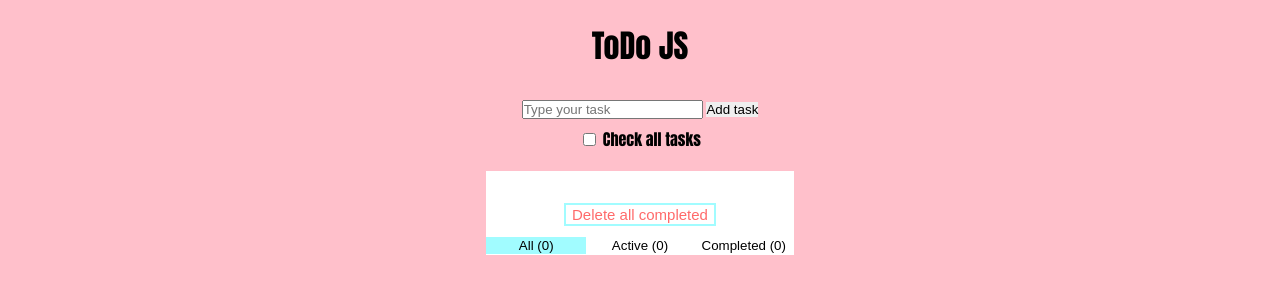
Repository: mklyagin/klyagin_todojs
Page: index.html
These files come from the project's save history. The page is drawn as it stood at one moment and after the next save; the edit follows.
The browser window is 1280 px wide. The pictures show the whole page.

Above is the page before, as saved 2024-02-28 09:10:52.

### index.html
<!DOCTYPE html>
<html lang="en">
  <head>
    <meta charset="UTF-8">
    <meta name="viewport" content="width=device-width, initial-scale=1.0">
    <title>ToDo JS</title>
    <link rel="stylesheet" href="./style.css">
  </head>
  <body>
    <h1>ToDo JS</h1>
    <div class="input-section">
      <input maxlength="15" id="enter-task-input" placeholder="Type your task">
      <button type="button" id="add-task-button">Add task</button>
    </div>
    <div class ='check-all-task'>
      <input type="checkbox" id="check-all-checkbox">
      <span>Check all tasks</span>
    </div>
    <div class="task-functions">
      <ul id="task-list"></ul>
      <button type="button" id="delete-all-completed-button">
        Delete all completed
      </button>
      <div id="tabulation">
        <button id="show-all" class="tab-button active">All (0)</button>
        <button id="show-active" class="tab-button">Active (0)</button>
        <button id="show-completed" class="tab-button" >Completed (0)</button>
      </div>
    </div>
    <div id="pagination"></div>
    <script src="./script.js"></script>
  </body>
</html>

### style.css

body {
  display: flex;
  flex-direction: column;
  margin: auto;
  align-items: center;
  justify-content: center;
  font-family: Impact, Haettenschweiler, 'Arial Narrow Regular', sans-serif;
  background-color: pink;
}

body > h1 {
  font-family: Impact, Haettenschweiler, 'Arial Narrow Bold', sans-serif;
}

button {
 border: none;
}

ul {
  padding: 0;
  width: 300px;
  display: flex;
  flex-direction: column;
  align-items: center;
}

li {
  text-decoration: none;
  list-style-type: none;
  background-color: #a1fcff;
  display: flex;
  flex-direction: row;
  align-items: center;
  justify-content: space-around;
  width: 250px;
  margin: 5px 0;
  border-radius: 5px;
  height: 40px;
}

#enter-task-input {
  padding: 0;
  margin: 0;
}

#add-task-button {
  padding: 0;
  margin: 0;
}

.delete-task {
  background-color: rgb(255, 88, 88);
}

.task-functions {
  margin: 20px 20px;
  display: flex;
  flex-direction: column;
  align-items: center;
  justify-content: space-between;
  background: #ffffff;
}

.task-functions > button {
  background-color: inherit;
}

#add-task-button {
  margin: 10px 0;

}

.tabulation {
  margin-top: 40px;
  background-color: inherit;
}

.tab-button {
  background-color: inherit;
  width: 100px;
}

#delete-all-completed-button {
  color: rgb(255, 106, 106);
  font-size: 15px;
  margin-bottom: 5px;
  border: 2px solid #a1fcff;
}

.hidden-element {
  display: none;
}

.active {
  background-color: #a1fcff;
}

.page-number {
  border: 1px solid black;
  border-radius: 100%;
}

### script.js
(() => {
  const buttonTaskAdd = document.querySelector('#add-task-button');
  const inputTask = document.querySelector('#enter-task-input');
  const ulTask = document.querySelector('#task-list');
  const checkAllCheckbox = document.querySelector('#check-all-checkbox');
  const deleteAllCompletedButton = document.querySelector('#delete-all-completed-button');
  const tabulationDiv = document.querySelector('#tabulation');
  const paginationDiv = document.querySelector('#pagination');

  const ENTER_KEY = 'Enter';
  const ESCAPE_KEY = 'Escape';
  const QUANTITY_OF_TASKS = 5;

  let taskList = [];
  let taskListPages = [[]];
  let filterType = 0;
  let currentPage = 0;

  const strValidation = (inputStr) => inputStr.replace(/[!@#$%^&*()'"`<>;:]/g, '');

  const checkAllTaskStates = () => {
    checkAllCheckbox.checked = taskList.length
      ? (taskList.every((task) => task.isDone))
      : false;
  };

  const listToPages = (currentList) => {
    taskListPages = [[]];
    let index = 0;
    currentList.forEach((task) => {
      if (taskListPages[index].length === QUANTITY_OF_TASKS) {
        taskListPages.push([]);
        index += 1;
      }
      taskListPages[index].push(task);
    });
  };

  const taskFilter = (currentList) => {
    switch (filterType) {
      case (0):
        return currentList;
      case (1):
        currentList = currentList.filter((task) => !task.isDone);
        return currentList;
      case (2):
        currentList = currentList.filter((task) => task.isDone);
        return currentList;
      default:
        return undefined;
    }
  };

  const taskValidation = () => {
    taskList.forEach((task) => {
      task.title = task.title.trim();
    });
    taskList = taskList.filter((task) => task.title.length);
  };
  const taskFilterCounter = () => {
    const counter = {
      total: taskList.length,
      active: (taskList.filter((task) => !task.isDone)).length,
      completed: (taskList.filter((task) => task.isDone)).length,
    };

    return counter;
  };

  const taskRender = (isAdding) => {
    let listOfTasks = '';
    let prePaginationList = '';
    let currentList = [];
    taskValidation();
    currentList = taskFilter(taskList);
    listToPages(currentList);
    if (isAdding) {
      currentPage = taskListPages.length - 1;
    }
    taskListPages[currentPage].forEach((task) => {
      listOfTasks
    += `<li id=${task.id}>
    <input type="checkbox" class="check-task" ${task.isDone ? 'checked' : ''}>
    <span class="task-title">${task.title}</span>
    <input hidden maxlength="15" class="edit-task" id=${task.id} value=${task.title} >
    <button type="button" class="delete-task">X</button>
    </li>`;
    });
    ulTask.innerHTML = listOfTasks;
    checkAllTaskStates();
    const tabNumbers = taskFilterCounter();
    for (let index = 0; index < 3; index += 1) {
      if (index === filterType) {
        tabulationDiv.children[index].classList.add('active');
      } else {
        tabulationDiv.children[index].classList.remove('active');
      }
    }
    tabulationDiv.children[0].innerHTML = `All (${tabNumbers.total})`;
    tabulationDiv.children[1].innerHTML = `Active (${tabNumbers.active})`;
    tabulationDiv.children[2].innerHTML = `Completed (${tabNumbers.completed})`;
    for (let i = 0; i < taskListPages.length; i += 1) {
      prePaginationList += `<button class="page-number ${(i === currentPage ? 'active' : '')}">${i + 1}</button>`;
    }
    paginationDiv.innerHTML = prePaginationList;
  };

  const setPage = (event) => {
    if (event.target.classList.contains('page-number')) {
      currentPage = event.target.innerHTML - 1;
    }
    taskRender();
  };

  const addTask = () => {
    const task = {
      id: Date.now(),
      title: strValidation(inputTask.value),
      isDone: false,
    };

    taskList.push(task);
    inputTask.value = '';
    taskRender(true);
  };

  const editVisibilityToggle = (target) => {
    target.hidden = !target.hidden;
    if (target.className === 'task-title') {
      target.nextElementSibling.hidden = !target.nextElementSibling.hidden;
      target.nextElementSibling.focus();
    } else {
      target.previousElementSibling.hidden = !target.previousElementSibling.hidden;
    }
  };

  const editMode = (event) => {
    if (event.target.className === 'edit-task') {
      if (event.key === ESCAPE_KEY) {
        taskRender();
      } else if (event.key === ENTER_KEY || (event.type === 'blur' && event.sourceCapabilities)) {
        event.target.value = event.target.value.trim();
        if (!event.target.value.length) {
          taskRender();
        } else {
          editVisibilityToggle(event.target.previousElementSibling);
          taskList.forEach((task) => {
            if (task.id === Number(event.target.id)) {
              task.title = strValidation(event.target.value);
            }
          });
          taskRender();
        }
      }
    }
  };

  const eventUlHandlerListener = (event) => {
    const eventTaskID = Number(event.target.parentNode.id);
    const elemClass = event.target.className;
    if (elemClass === 'check-task') {
      taskList.forEach((task) => {
        if (task.id === eventTaskID) {
          task.isDone = event.target.checked;
        }
        checkAllTaskStates();
      });
      taskRender();
    } else if (elemClass === 'delete-task' && event.type === 'click') {
      taskList = taskList.filter((task) => task.id !== eventTaskID);
      taskRender();
    } else if (elemClass === 'task-title' && event.detail === 2) {
      editVisibilityToggle(event.target);
    }
  };

  const inputTaskListener = (event) => {
    if (event.key === ENTER_KEY) {
      addTask();
      inputTask.blur();
    }
  };

  const deleteCompleted = () => {
    taskList = taskList.filter((task) => !task.isDone);
    taskRender();
  };

  const checkAll = () => {
    taskList.forEach((task) => {
      task.isDone = checkAllCheckbox.checked;
    });
    taskRender();
  };

  const paginationCounter = (totalNumber) => {
    switch (totalNumber) {
      case 0:
        return 0;
      case totalNumber < 0:
        return 0;
      default:
        return (Math.ceil(totalNumber / 5) - 1);
    }
  };

  const tabulationListener = (event) => {
    const tabNumbers = taskFilterCounter();
    switch (event.target.id) {
      case ('show-all'):
        filterType = 0;
        currentPage = paginationCounter(tabNumbers.total);
        taskRender();
        break;
      case ('show-active'):
        filterType = 1;
        currentPage = paginationCounter(tabNumbers.active);
        taskRender();
        break;
      case ('show-completed'):
        filterType = 2;
        currentPage = paginationCounter(tabNumbers.completed);
        taskRender();
        break;
      default:
        break;
    }
  };

  ulTask.addEventListener('click', eventUlHandlerListener);
  ulTask.addEventListener('blur', editMode, true);
  ulTask.addEventListener('keydown', editMode);
  buttonTaskAdd.addEventListener('click', addTask);
  inputTask.addEventListener('keydown', inputTaskListener);
  deleteAllCompletedButton.addEventListener('click', deleteCompleted);
  checkAllCheckbox.addEventListener('click', checkAll);
  tabulationDiv.addEventListener('click', tabulationListener);
  paginationDiv.addEventListener('click', setPage);
})();

After the next save:
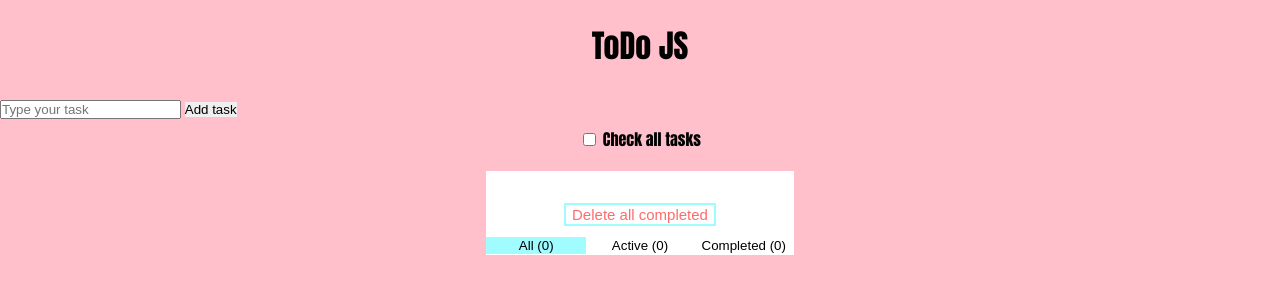
Saved 53 s later.
--- a/style.css
+++ b/style.css
@@ -37,6 +37,10 @@ li {
   margin: 5px 0;
   border-radius: 5px;
   height: 40px;
+}
+
+.input-section {
+  width: 100%;
 }
 
 #enter-task-input {
